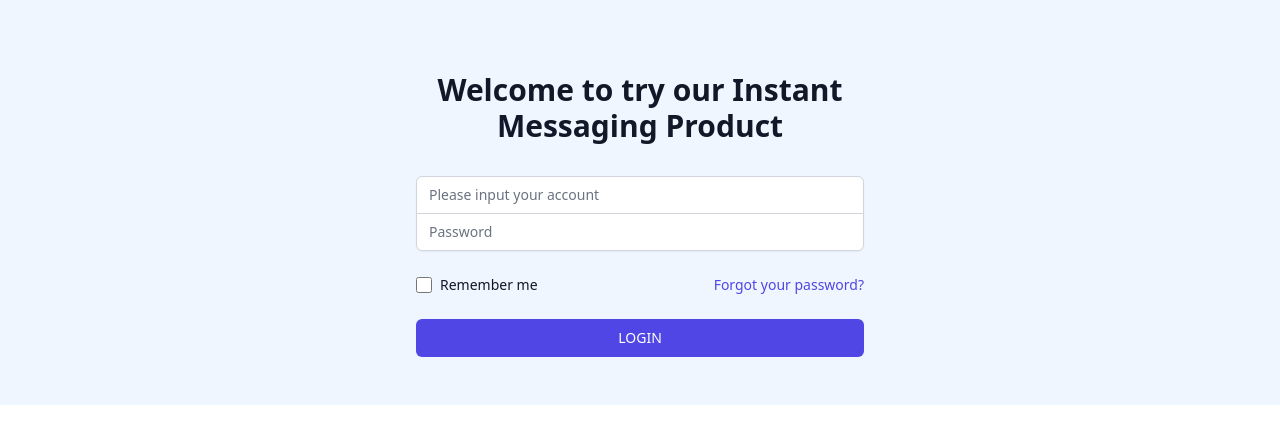
Repository: LiuRuohui/test_the_tailwindcss
Page: /
An editor plug-in stored every save of this project. The page is shown before and after the next save, followed by the edit.
The browser window is 1280 px wide. The pictures show the whole page.
The project was rebuilt for these pictures with package versions that can differ from the ones it lists, and the page was loaded fresh each time. Also part of the build but not shown: vite.config.js.

Above is the page before, as saved 2022-03-02 23:28:20.

After the next save:
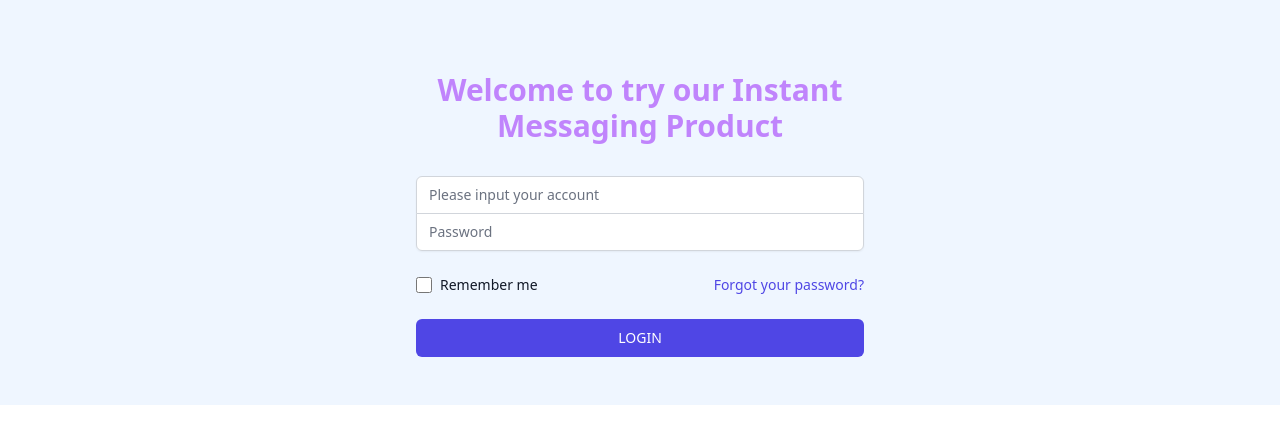
Saved 41 s later.
--- a/src/components/WelcomingPage.vue
+++ b/src/components/WelcomingPage.vue
@@ -2,7 +2,7 @@
 <div class="min-h-full flex items-center justify-center py-12 px-4 sm:px-6 lg:px-8">
   <div class="max-w-md w-full space-y-8">
     <div>
-      <h2 class="mt-6 text-center text-3xl font-extrabold text-gray-900">Welcome to try our Instant Messaging Product</h2>
+      <h2 class="mt-6 text-center text-3xl font-extrabold text-purple-400">Welcome to try our Instant Messaging Product</h2>
     </div>
     <form class="mt-8 space-y-6" action="#" method="POST">
       <input type="hidden" name="remember" value="true">
